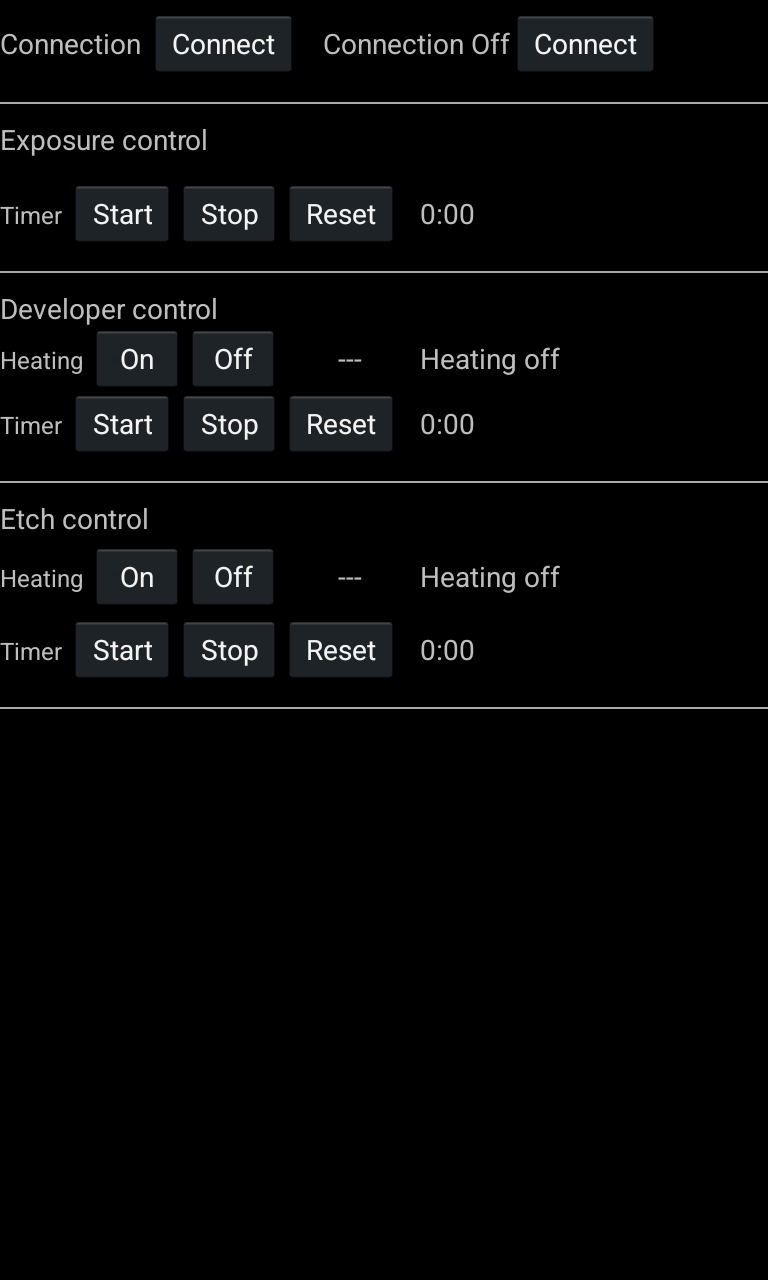
Repository: elbojvv/AndroidIO-apps
Layout: EtchControl/EtchControl/res/layout/activity_main.xml
An editor plug-in stored every save of this project. The layout is shown before and after the next save, followed by the edit.
It is drawn on a 768 x 1280 px phone screen (xhdpi) without system bars, with theme android:Theme.Holo; the app's code is not run.

Above is the layout before, as saved 2015-06-25 19:22:24.

### EtchControl/EtchControl/res/layout/activity_main.xml
<?xml version="1.0" encoding="utf-8"?>
<RelativeLayout
	android:id="@+id/view"
	xmlns:android="http://schemas.android.com/apk/res/android"
	android:layout_width="fill_parent"
	android:layout_height="fill_parent">

<!-- BLUETOOTH CONTROL -->

  	<TextView
		android:id="@+id/idBTText"
		android:text="@string/bluetooth"
		android:layout_width="wrap_content"
		android:layout_height="wrap_content"
        android:layout_marginTop="12dp"
        android:textAppearance="?android:attr/textAppearanceSmall" />

  	<Button
        android:id="@+id/idBTConnect"
        style="?android:attr/buttonStyleSmall"
        android:layout_width="wrap_content"
        android:layout_height="wrap_content"
		android:minHeight="0dp"
        android:layout_alignBaseline="@+id/idBTText"
        android:layout_alignBottom="@+id/idBTText"
        android:layout_toRightOf="@+id/idBTText"
        android:text="@string/connect" />



  	<TextView
		android:id="@+id/idBTStatus"
		android:text="@string/bluetooth_off"
		android:layout_width="wrap_content"
		android:layout_height="wrap_content"
        android:layout_alignBaseline="@+id/idBTConnect"
        android:layout_alignBottom="@+id/idBTConnect"
        android:layout_marginLeft="12dp"
        android:layout_toRightOf="@+id/idBTConnect"
        android:textAppearance="?android:attr/textAppearanceSmall" />

   	<Button
        android:id="@+id/idBTConnect2"
        style="?android:attr/buttonStyleSmall"
        android:layout_width="wrap_content"
        android:layout_height="wrap_content"
		android:minHeight="0dp"
        android:layout_alignBaseline="@+id/idBTStatus"
        android:layout_alignBottom="@+id/idBTStatus"
        android:layout_toRightOf="@+id/idBTStatus"
        android:text="@string/connect" />


  <!-- EXPOSURE CONTROL -->

    <View
        android:id="@+id/idSeperator1"
    	android:layout_width="fill_parent"
    	android:layout_height="1dp"
        android:layout_below="@+id/idBTText"
        android:layout_marginTop="20dp"
    	android:background="@android:color/darker_gray"/>

      <TextView
        android:id="@+id/idExpHeader"
        android:layout_width="wrap_content"
        android:layout_height="wrap_content"
        android:layout_alignParentLeft="true"
        android:layout_below="@+id/idSeperator1"
        android:layout_marginTop="8dp"
        android:text="@string/exposure_control"
        android:textAppearance="?android:attr/textAppearanceSmall" />

     <TextView
        android:id="@+id/idExpTimerText"
        android:layout_width="wrap_content"
        android:layout_height="wrap_content"
        android:layout_alignParentLeft="true"
        android:layout_below="@+id/idExpHeader"
        android:layout_marginTop="20dp"
        android:text="@string/timer"
        android:textSize="12sp"
        android:textAppearance="?android:attr/textAppearanceSmall" />

     <Button
        android:id="@+id/idExpTimerStart"
        style="?android:attr/buttonStyleSmall"
        android:layout_width="wrap_content"
        android:layout_height="wrap_content"
		android:minHeight="0dp"
        android:layout_alignBaseline="@+id/idExpTimerText"
        android:layout_alignBottom="@+id/idExpTimerText"
        android:layout_toRightOf="@+id/idExpTimerText"
        android:text="@string/start" />

    <Button
        android:id="@+id/idExpTimerStop"
        style="?android:attr/buttonStyleSmall"
        android:layout_width="wrap_content"
        android:layout_height="wrap_content"
		android:minHeight="0dp"
        android:layout_alignBaseline="@+id/idExpTimerStart"
        android:layout_alignBottom="@+id/idExpTimerStart"
        android:layout_toRightOf="@+id/idExpTimerStart"
        android:text="@string/stop" />

    <Button
        android:id="@+id/idExpTimerReset"
        style="?android:attr/buttonStyleSmall"
        android:layout_width="wrap_content"
        android:layout_height="wrap_content"
		android:minHeight="0dp"
        android:layout_alignBaseline="@+id/idExpTimerStop"
        android:layout_alignBottom="@+id/idExpTimerStop"
        android:layout_toRightOf="@+id/idExpTimerStop"
        android:text="@string/reset" />

    <TextView
        android:id="@+id/idExpTimerStat"
        android:layout_width="wrap_content"
        android:layout_height="wrap_content"
        android:layout_toRightOf="@+id/idExpTimerReset"
        android:layout_alignBottom="@+id/idExpTimerReset"
        android:layout_alignBaseline="@+id/idExpTimerReset"
        android:layout_marginLeft="10dp"
        android:text="@string/exptime"
        android:textAppearance="?android:attr/textAppearanceSmall" />

<!-- DEVELOPER CONTROL -->

  		<View
        android:id="@+id/idSeperator2"
    	android:layout_width="fill_parent"
    	android:layout_height="1dp"
        android:layout_below="@+id/idExpTimerText"
        android:layout_marginTop="20dp"
    	android:background="@android:color/darker_gray"/>

     <TextView
        android:id="@+id/idDevelopHeader"
        android:layout_width="wrap_content"
        android:layout_height="wrap_content"
        android:layout_alignParentLeft="true"
        android:layout_below="@+id/idSeperator2"
        android:layout_marginTop="8dp"
        android:text="@string/developer_control"
        android:textAppearance="?android:attr/textAppearanceSmall" />

     <TextView
        android:id="@+id/idDevelopTempText"
        android:layout_width="wrap_content"
        android:layout_height="wrap_content"
        android:layout_alignParentLeft="true"
        android:layout_below="@+id/idDevelopHeader"
        android:layout_marginTop="8dp"
        android:text="@string/heating"
        android:textSize="12sp"
        android:textAppearance="?android:attr/textAppearanceSmall" />

     <Button
        android:id="@+id/idDevelopTempOn"
        style="?android:attr/buttonStyleSmall"
        android:layout_width="wrap_content"
        android:layout_height="wrap_content"
		android:minHeight="0dp"
        android:layout_alignBaseline="@+id/idDevelopTempText"
        android:layout_alignBottom="@+id/idDevelopTempText"
        android:layout_toRightOf="@+id/idDevelopTempText"
        android:text="@string/buttonon" />

    <Button
        android:id="@+id/idDevelopTempOff"
        style="?android:attr/buttonStyleSmall"
        android:layout_width="wrap_content"
        android:layout_height="wrap_content"
		android:minHeight="0dp"
        android:layout_alignBaseline="@+id/idDevelopTempOn"
        android:layout_alignBottom="@+id/idDevelopTempOn"
        android:layout_toRightOf="@+id/idDevelopTempOn"
        android:text="@string/buttonoff" />

    <TextView
        android:id="@+id/idDevelopTempTemp"
        android:layout_width="wrap_content"
        android:layout_height="wrap_content"
        android:layout_toRightOf="@+id/idDevelopTempOff"
        android:layout_alignBottom="@+id/idDevelopTempOff"
        android:layout_alignBaseline="@+id/idDevelopTempOff"
        android:layout_marginLeft="10dp"
        android:minEms="3"
        android:gravity="center"
        android:text="@string/temp"
        android:textAppearance="?android:attr/textAppearanceSmall" />

    <TextView
        android:id="@+id/idDevelopTempStat"
        android:layout_width="wrap_content"
        android:layout_height="wrap_content"
        android:layout_toRightOf="@+id/idDevelopTempTemp"
        android:layout_alignBottom="@+id/idDevelopTempTemp"
        android:layout_alignBaseline="@+id/idDevelopTempTemp"
        android:layout_marginLeft="10dp"
        android:text="@string/heating_stat"
        android:textAppearance="?android:attr/textAppearanceSmall" />

    <TextView
        android:id="@+id/idDevelopTimerText"
        android:layout_width="wrap_content"
        android:layout_height="wrap_content"
        android:layout_alignParentLeft="true"
        android:layout_below="@+id/idDevelopTempText"
        android:layout_marginTop="16dp"
        android:text="@string/timer"
        android:textSize="12sp"
        android:textAppearance="?android:attr/textAppearanceSmall" />

     <Button
        android:id="@+id/idDevelopTimerStart"
        style="?android:attr/buttonStyleSmall"
        android:layout_width="wrap_content"
        android:layout_height="wrap_content"
		android:minHeight="0dp"
        android:layout_alignBaseline="@+id/idDevelopTimerText"
        android:layout_alignBottom="@+id/idDevelopTimerText"
        android:layout_toRightOf="@+id/idDevelopTimerText"
        android:text="@string/start" />

    <Button
        android:id="@+id/idDevelopTimerStop"
        style="?android:attr/buttonStyleSmall"
        android:layout_width="wrap_content"
        android:layout_height="wrap_content"
		android:minHeight="0dp"
        android:layout_alignBaseline="@+id/idDevelopTimerStart"
        android:layout_alignBottom="@+id/idDevelopTimerStart"
        android:layout_toRightOf="@+id/idDevelopTimerStart"
        android:text="@string/stop" />

    <Button
        android:id="@+id/idDevelopTimerReset"
        style="?android:attr/buttonStyleSmall"
        android:layout_width="wrap_content"
        android:layout_height="wrap_content"
		android:minHeight="0dp"
        android:layout_alignBaseline="@+id/idDevelopTimerStop"
        android:layout_alignBottom="@+id/idDevelopTimerStop"
        android:layout_toRightOf="@+id/idDevelopTimerStop"
        android:text="@string/reset" />

    <TextView
        android:id="@+id/idDevelopTimerStat"
        android:layout_width="wrap_content"
        android:layout_height="wrap_content"
        android:layout_toRightOf="@+id/idDevelopTimerReset"
        android:layout_alignBottom="@+id/idDevelopTimerReset"
        android:layout_alignBaseline="@+id/idDevelopTimerReset"
        android:layout_marginLeft="10dp"
        android:text="@string/exptime"
        android:textAppearance="?android:attr/textAppearanceSmall" />

<!-- ETCH TIMER CONTROL -->


    <View
        android:id="@+id/idSeperator3"
    	android:layout_width="fill_parent"
    	android:layout_height="1dp"
        android:layout_below="@+id/idDevelopTimerText"
        android:layout_marginTop="20dp"
    	android:background="@android:color/darker_gray"/>

     <TextView
        android:id="@+id/idEtchHeader"
        android:layout_width="wrap_content"
        android:layout_height="wrap_content"
        android:layout_alignParentLeft="true"
        android:layout_below="@+id/idSeperator3"
        android:layout_marginTop="8dp"
        android:text="@string/etch_control"
        android:textAppearance="?android:attr/textAppearanceSmall" />

     <TextView
        android:id="@+id/idEtchTempText"
        android:layout_width="wrap_content"
        android:layout_height="wrap_content"
        android:layout_alignParentLeft="true"
        android:layout_below="@+id/idEtchHeader"
        android:layout_marginTop="12dp"
        android:text="@string/heating"
        android:textSize="12sp"
        android:textAppearance="?android:attr/textAppearanceSmall" />

     <Button
        android:id="@+id/idEtchTempOn"
        style="?android:attr/buttonStyleSmall"
        android:layout_width="wrap_content"
        android:layout_height="wrap_content"
		android:minHeight="0dp"
        android:layout_alignBaseline="@+id/idEtchTempText"
        android:layout_alignBottom="@+id/idEtchTempText"
        android:layout_toRightOf="@+id/idEtchTempText"
        android:text="@string/buttonon" />

    <Button
        android:id="@+id/idEtchTempOff"
        style="?android:attr/buttonStyleSmall"
        android:layout_width="wrap_content"
        android:layout_height="wrap_content"
		android:minHeight="0dp"
        android:layout_alignBaseline="@+id/idEtchTempOn"
        android:layout_alignBottom="@+id/idEtchTempOn"
        android:layout_toRightOf="@+id/idEtchTempOn"
        android:text="@string/buttonoff" />

    <TextView
        android:id="@+id/idEtchTempTemp"
        android:layout_width="wrap_content"
        android:layout_height="wrap_content"
        android:layout_toRightOf="@+id/idEtchTempOff"
        android:layout_alignBottom="@+id/idEtchTempOff"
        android:layout_alignBaseline="@+id/idEtchTempOff"
        android:layout_marginLeft="10dp"
        android:minEms="3"
        android:gravity="center"
        android:text="@string/temp"
        android:textAppearance="?android:attr/textAppearanceSmall" />

    <TextView
        android:id="@+id/idEtchTempStat"
        android:layout_width="wrap_content"
        android:layout_height="wrap_content"
        android:layout_toRightOf="@+id/idEtchTempTemp"
        android:layout_alignBottom="@+id/idEtchTempTemp"
        android:layout_alignBaseline="@+id/idEtchTempTemp"
        android:layout_marginLeft="10dp"
        android:text="@string/heating_stat"
        android:textAppearance="?android:attr/textAppearanceSmall" />

     <TextView
        android:id="@+id/idEtchTimerText"
        android:layout_width="wrap_content"
        android:layout_height="wrap_content"
        android:layout_alignParentLeft="true"
        android:layout_below="@+id/idEtchTempText"
        android:layout_marginTop="20dp"
        android:text="@string/timer"
        android:textSize="12sp"
        android:textAppearance="?android:attr/textAppearanceSmall" />

     <Button
        android:id="@+id/idEtchTimerStart"
        style="?android:attr/buttonStyleSmall"
        android:layout_width="wrap_content"
        android:layout_height="wrap_content"
		android:minHeight="0dp"
        android:layout_alignBaseline="@+id/idEtchTimerText"
        android:layout_alignBottom="@+id/idEtchTimerText"
        android:layout_toRightOf="@+id/idEtchTimerText"
        android:text="@string/start" />

    <Button
        android:id="@+id/idEtchTimerStop"
        style="?android:attr/buttonStyleSmall"
        android:layout_width="wrap_content"
        android:layout_height="wrap_content"
		android:minHeight="0dp"
        android:layout_alignBaseline="@+id/idEtchTimerStart"
        android:layout_alignBottom="@+id/idEtchTimerStart"
        android:layout_toRightOf="@+id/idEtchTimerStart"
        android:text="@string/stop" />

    <Button
        android:id="@+id/idEtchTimerReset"
        style="?android:attr/buttonStyleSmall"
        android:layout_width="wrap_content"
        android:layout_height="wrap_content"
		android:minHeight="0dp"
        android:layout_alignBaseline="@+id/idEtchTimerStop"
        android:layout_alignBottom="@+id/idEtchTimerStop"
        android:layout_toRightOf="@+id/idEtchTimerStop"
        android:text="@string/reset" />

    <TextView
        android:id="@+id/idEtchTimerStat"
        android:layout_width="wrap_content"
        android:layout_height="wrap_content"
        android:layout_toRightOf="@+id/idEtchTimerReset"
        android:layout_alignBottom="@+id/idEtchTimerReset"
        android:layout_alignBaseline="@+id/idEtchTimerReset"
        android:layout_marginLeft="10dp"
        android:text="@string/exptime"
        android:textAppearance="?android:attr/textAppearanceSmall" />




   <!-- DEBUG CONTROL -->

     <View
        android:id="@+id/idSeperator4"
    	android:layout_width="fill_parent"
    	android:layout_height="1dp"
        android:layout_below="@+id/idEtchTimerText"
        android:layout_marginTop="20dp"
    	android:background="@android:color/darker_gray"/>


    <TextView
        android:id="@+id/idDebugtext"
        android:layout_width="wrap_content"
        android:layout_height="wrap_content"
        android:layout_alignParentLeft="true"
        android:layout_below="@+id/idSeperator4"
        android:layout_marginTop="5dp"
        android:text="@string/debugtext"
        android:textAppearance="?android:attr/textAppearanceSmall" />


</RelativeLayout>

### EtchControl/EtchControl/res/values/strings.xml
<?xml version="1.0" encoding="utf-8"?>
<resources>

    <string name="app_name">Etch Control</string>
    <string name="action_settings">Settings</string>
    <string name="title_activity_usersettingactivity">User Setting</string>

    <!-- Strings voor het menu -->
    <string name="menu_settings">Settings</string>
    <string name="menu_exit">Exit</string>

    <!-- Strings voor setting menu -->
    <string name="connection_title">Connection</string>
    <string name="conn_mode_text">Connection to AndroidIO board</string>
    <string name="conn_mode_extra">Choose Bluetooth or WiFi connection. Need restart to activate!</string>
    <string name="bt_address_text">Bluetooth address</string>
    <string name="bt_address_extra">Bluetooth address of AndroidIO board. See Android settings / Bluetooth.</string>
    <string name="wifi_address_text">WiFi address</string>
    <string name="wifi_address_extra">WiFi address of AndroidIO board. See the HDCP your router, or use a port scanner.</string>
    <string name="wifi_port_text">WiFi port</string>
    <string name="wifi_port_extra">WiFi port of AndroidIO board. See the manual of the module.</string>
    <string name="usbhost_port_text">USB board number</string>
    <string name="usbhost_port_extra">Number of USB host board connected. 0 is first, 1 is second, etc.</string>

    <string name="control_exp_settings_title">Exposure Control</string>
    <string name="exp_time_text">Exposure time</string>
    <string name="exp_time_extra">Set exposure time in seconds</string>
    <string name="set_exp_buzz_text">External Buzzer</string>
    <string name="set_exp_buzz_extra">Should the external buzzer buzz when timer is completed?</string>
    <string name="set_exp_beep_text">Android Beep</string>
    <string name="set_exp_beep_extra">Should the Android Device beep when timer is completed?</string>

    <string name="control_dev_settings_title">developer Control</string>
    <string name="dev_time_text">Developer time</string>
    <string name="dev_time_extra">Set developer time in seconds</string>
    <string name="set_dev_buzz_text">External Buzzer</string>
    <string name="set_dev_buzz_extra">Should the external buzzer buzz when timer is completed?</string>
    <string name="set_dev_beep_text">Android Beep</string>
    <string name="set_dev_beep_extra">Should the Android Device beep when timer is completed?</string>
    <string name="dev_ntc_text">Temperature sensor</string>
    <string name="dev_ntc_extra">Indicate whether a temperature sensor is present.</string>
    <string name="dev_temp_text">Temperature</string>
    <string name="dev_temp_extra">Target temperature for developer bath (Celsius).</string>
    <string name="dev_hyst_text">Hysteresis</string>
    <string name="dev_hyst_extra">Hysteresis around the target temperature (Celsius).</string>
    <string name="set_dev_show_temp_ok_text">Show temperature OK</string>
    <string name="set_dev_show_temp_ok_extra">Should the temperature show green/read when the temperature is in the right range?</string>
    <string name="dev_temp_ok_text">Temperature range OK</string>
    <string name="dev_temp_ok_extra">Range around the target temperature for OK (Celsius).</string>
    <string name="dev_beta_text">Beta value</string>
    <string name="dev_beta_extra">Beta value of the NTC. See datasheet of the NTC.</string>

    <string name="control_etch_settings_title">Etch Control</string>
    <string name="etch_time_text">Etch time</string>
    <string name="etch_time_extra">Set etch time in seconds</string>
    <string name="set_etch_buzz_text">External Buzzer</string>
    <string name="set_etch_buzz_extra">Should the external buzzer buzz when timer is completed?</string>
    <string name="set_etch_beep_text">Android Beep</string>
    <string name="set_etch_beep_extra">Should the Android etchice beep when timer is completed?</string>
    <string name="etch_ntc_text">Temperature sensor</string>
    <string name="etch_ntc_extra">Indicate whether a temperature sensor is present.</string>
    <string name="etch_temp_text">Temperature</string>
    <string name="etch_temp_extra">Target temperature for etch bath (Celsius).</string>
    <string name="etch_hyst_text">Hysteresis</string>
    <string name="etch_hyst_extra">Hysteresis around the target temperature (Celsius).</string>
    <string name="set_etch_show_temp_ok_text">Show temperature OK</string>
    <string name="set_etch_show_temp_ok_extra">Should the temperature show green/read when the temperature is in the right range?</string>
    <string name="etch_temp_ok_text">Temperature range OK</string>
    <string name="etch_temp_ok_extra">Range around the target temperature for OK (Celsius).</string>
    <string name="etch_beta_text">Beta value</string>
    <string name="etch_beta_extra">Beta value of the NTC. See datasheet of the NTC.</string>

    <string name="gui_settings_title">GUI settings</string>
    <string name="set_sleep_text">Prohibit screensaver</string>
    <string name="set_sleep_extra">Prohibit screensaver and leave screen on.</string>
    <string name="set_bt_green_text">Connection status green</string>
    <string name="set_bt_green_extra">Color the connection indication green when connected.</string>
    <string name="set_debug_text">Debug</string>
    <string name="set_debug_extra">Show response of the AndroidIO board.</string>

    <!-- STRINGS FOR ETCH CONTROL GUI -->
    <string name="bluetooth">"Connection "</string>
    <string name="connect">Connect</string>
    <string name="bluetooth_off">Connection Off</string>
    <string name="exposure_control">Exposure control</string>
    <string name="timer">"Timer "</string>
    <string name="start">Start</string>
    <string name="stop">Stop</string>
    <string name="reset">Reset</string>
    <string name="exptime">0:00</string>
    <string name="developer_control">Developer control</string>
    <string name="heating">"Heating "</string>
    <string name="buttonon">On</string>
    <string name="buttonoff">Off</string>
    <string name="temp">---</string>
    <string name="heating_stat">Heating off</string>
    <string name="etch_control">Etch control</string>
    <string name="debugtext"> </string>

</resources>

After the next save:
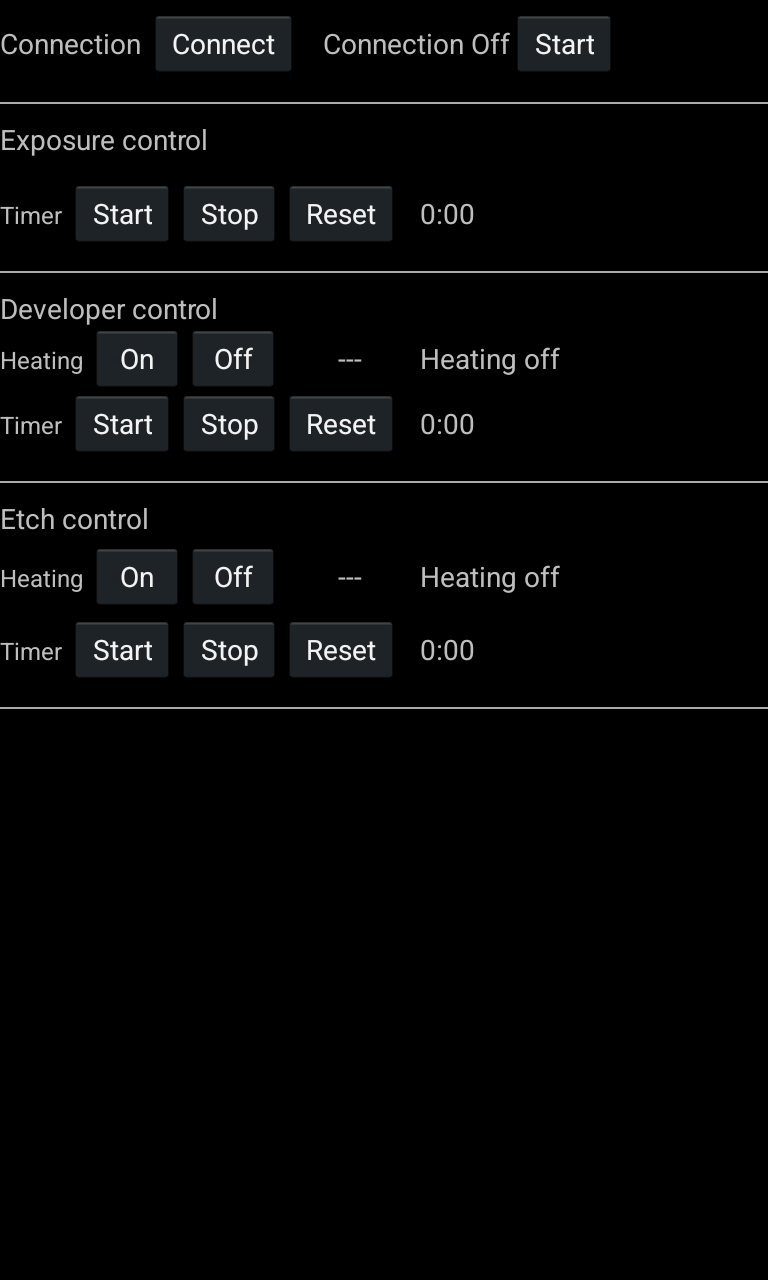
Saved 52 s later.
--- a/EtchControl/EtchControl/res/layout/activity_main.xml
+++ b/EtchControl/EtchControl/res/layout/activity_main.xml
@@ -39,8 +39,8 @@
         android:layout_toRightOf="@+id/idBTConnect"
         android:textAppearance="?android:attr/textAppearanceSmall" />
 
-   	<Button
-        android:id="@+id/idBTConnect2"
+     <Button
+        android:id="@+id/idExpTimerStart2"
         style="?android:attr/buttonStyleSmall"
         android:layout_width="wrap_content"
         android:layout_height="wrap_content"
@@ -48,7 +48,7 @@
         android:layout_alignBaseline="@+id/idBTStatus"
         android:layout_alignBottom="@+id/idBTStatus"
         android:layout_toRightOf="@+id/idBTStatus"
-        android:text="@string/connect" />
+        android:text="@string/start" />
 
 
   <!-- EXPOSURE CONTROL -->
